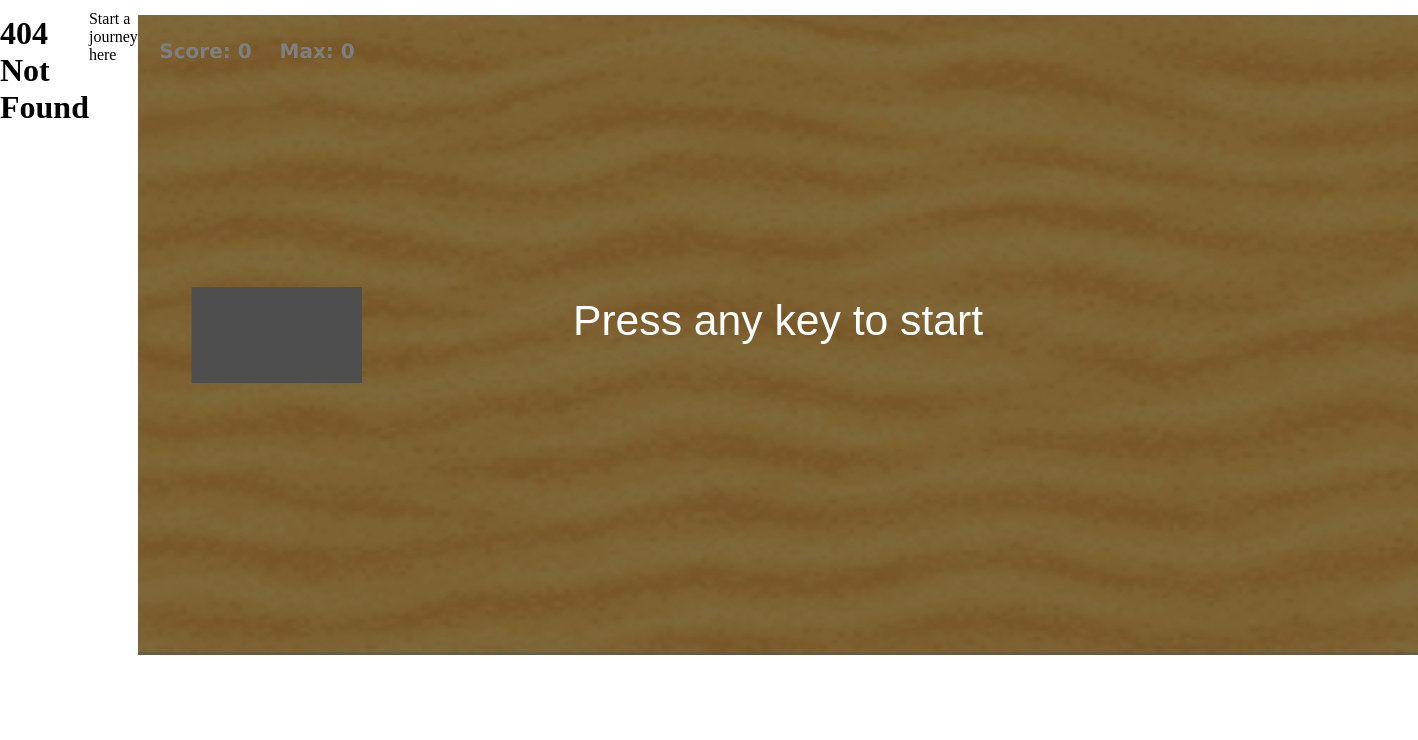
Repository: btgoo/game
Page: car.html
An editor plug-in stored every save of this project. The page is shown before and after the next save, followed by the edit.
The browser window is 1280 px wide. The page is 1418 px wide, then 1280 px, so the pictures cover 1418 px, including what lies to the right of the window. The pictures show the whole page.

Above is the page before, as saved 2025-10-26 02:42:51.

After the next save:
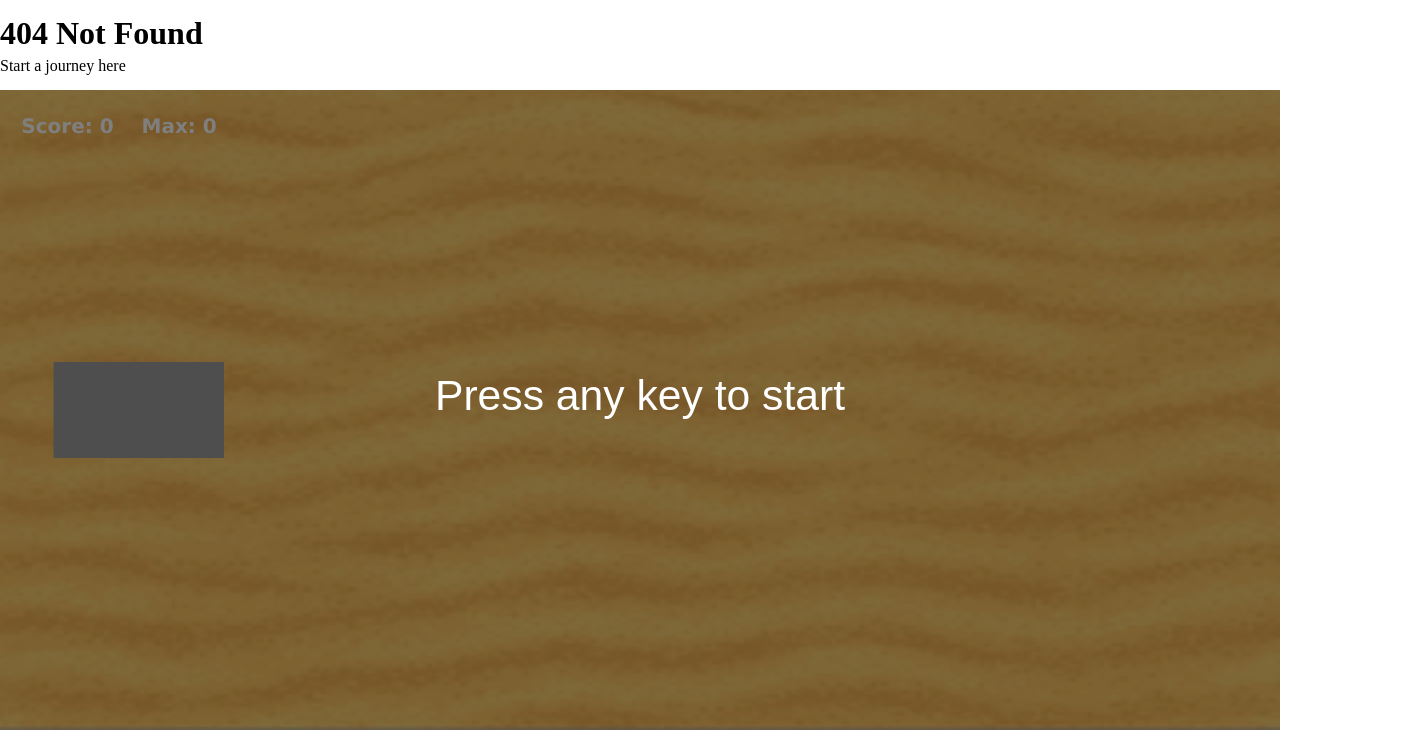
Saved 5 s later.
--- a/car_style.css
+++ b/car_style.css
@@ -8,7 +8,7 @@ body{
     display:flex;
     align-items: flex-start;
     justify-content: flex-start;
-    flex-direction: ;
+    flex-direction: column;
     height: 100vh;
 
     user-select: none;
